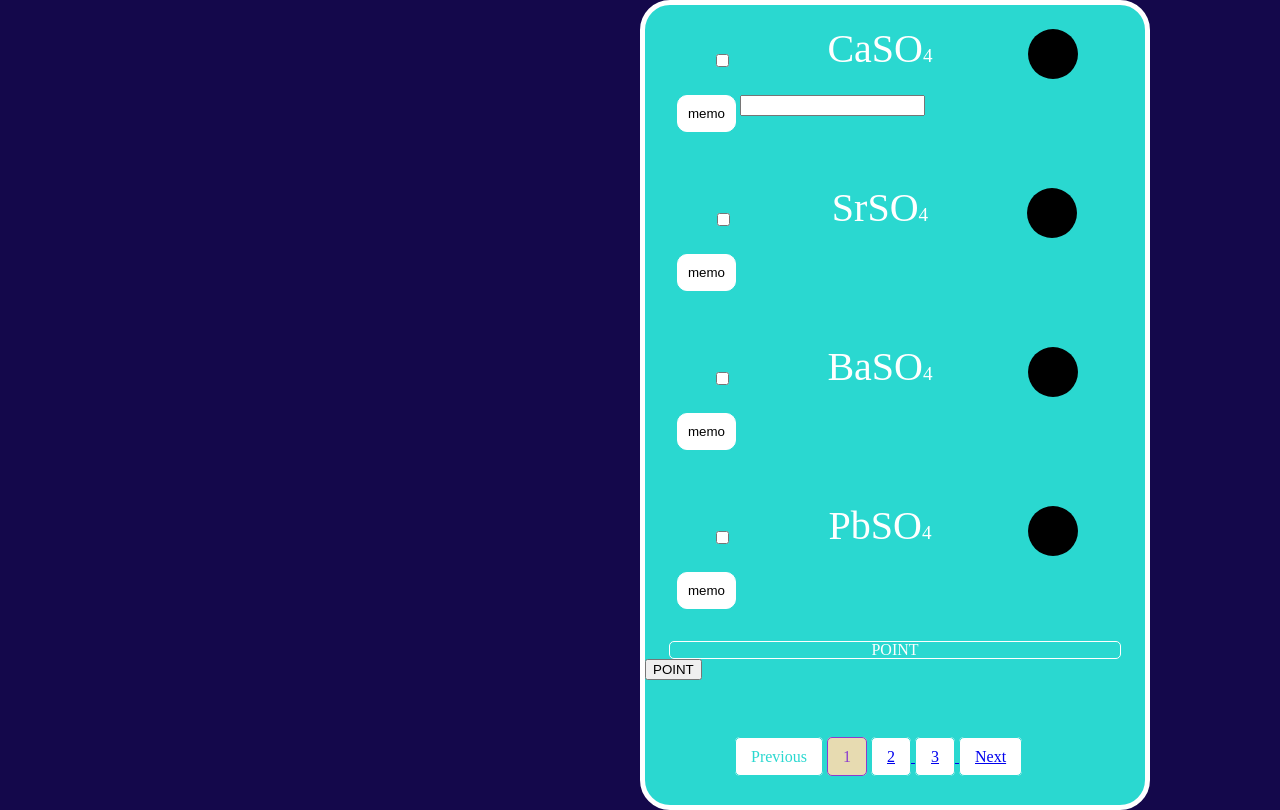
Repository: 1000sky/Inorganic_chemistry_application
Page: http://localhost/
An editor plug-in stored every save of this project. The page is shown before and after the next save, followed by the edit.
The browser window is 1280 px wide. The pictures show the whole page.
After loading, the first visible `input.button` was clicked once.
The page is served by the project's Laravel application, run on PHP 8.4 with Laravel 8.

Above is the page before, as saved 2022-07-16 18:55:59.

After the next save:
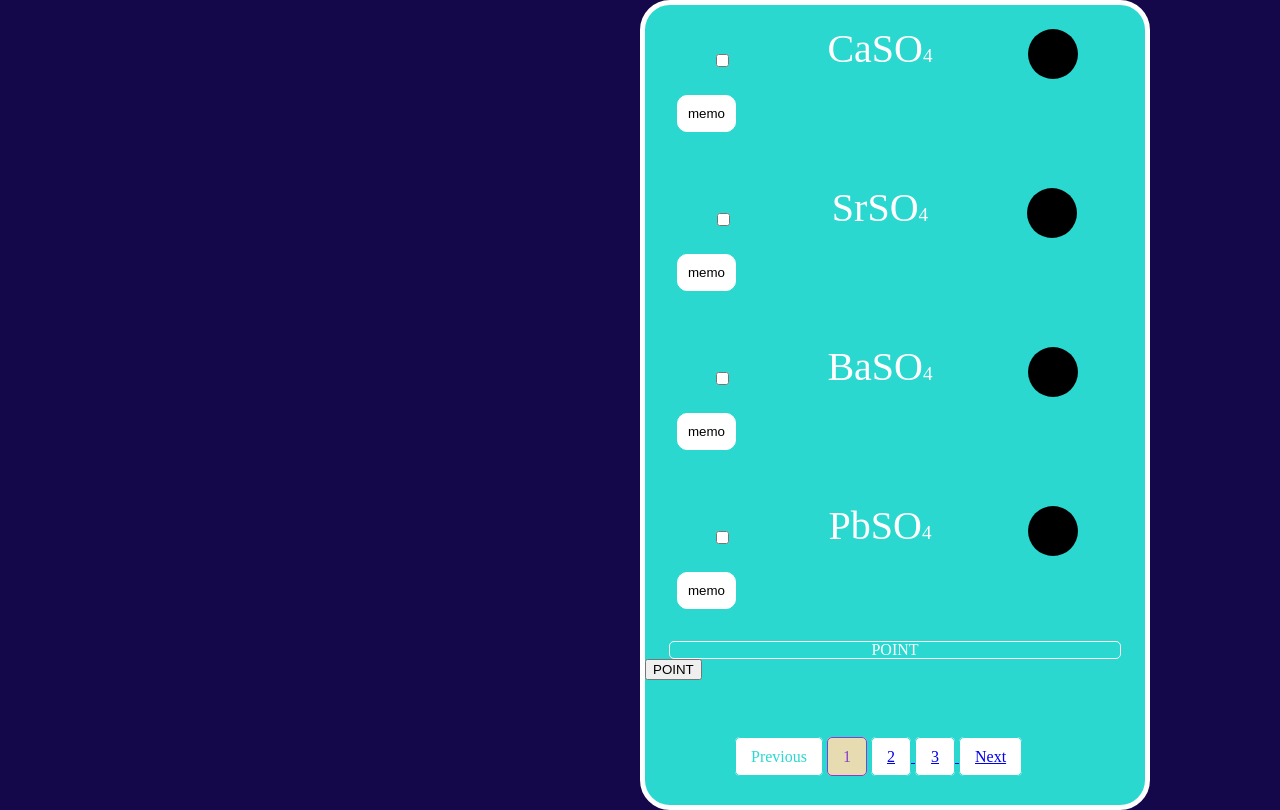
Console error (its wording comes from the project's code and is left out).
Saved 29 s later.
--- a/application/resources/views/index.blade.php
+++ b/application/resources/views/index.blade.php
@@ -125,7 +125,7 @@
       };
 
       document.getElementById("point").onclick = function() {
-        document.getElementById("point-text").innerHTML = "<ul> 硫酸の塩は本来,水に溶けやすいです。</ul><br> アルカリ土類金属イオンやPb<span class=ion>2+</span>があると沈殿します。";
+        document.getElementById("point-text").innerHTML = "<ul> 硫酸の塩は本来,水に溶けやすいです。<br> アルカリ土類金属イオンやPb<span class=ion>2+</span>があると沈殿します。"</ul>;
 
       };
 

After the save that followed:
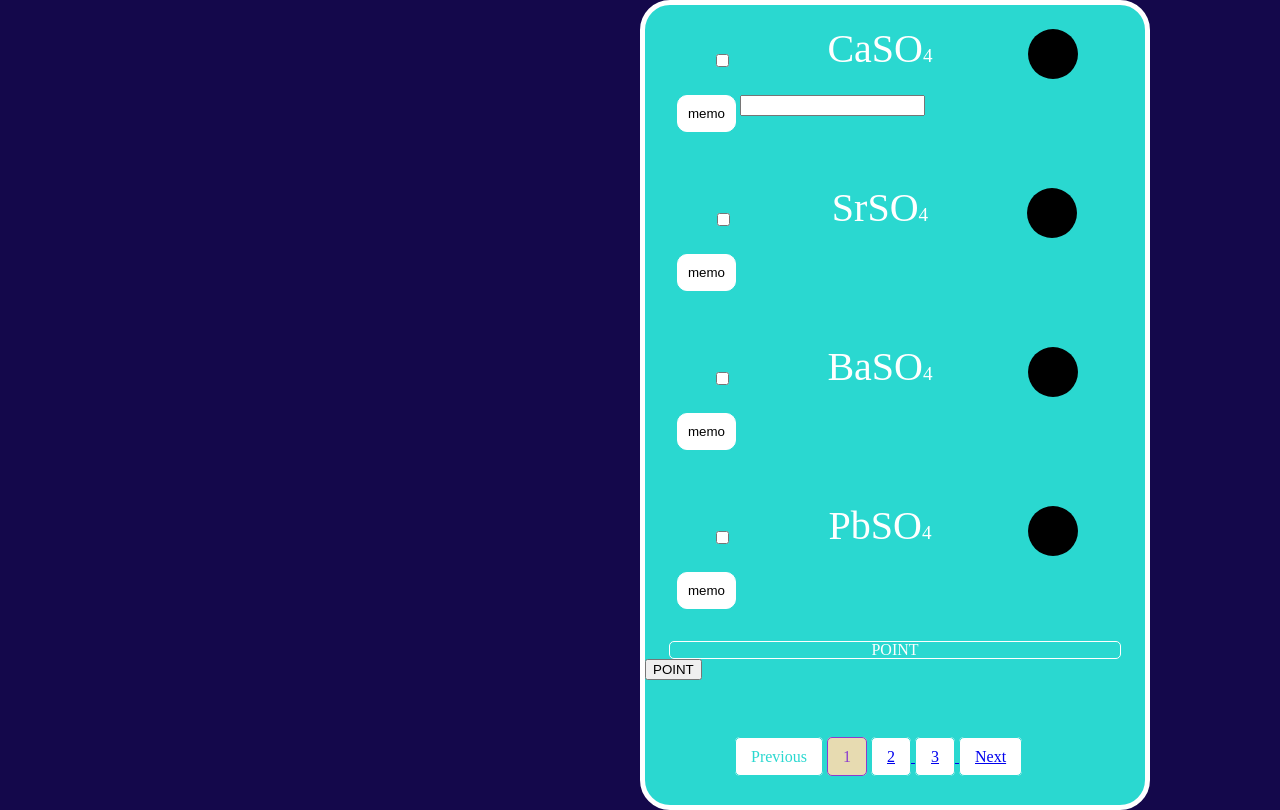
The error is gone.
Saved 37 s later.
--- a/application/resources/views/index.blade.php
+++ b/application/resources/views/index.blade.php
@@ -125,7 +125,7 @@
       };
 
       document.getElementById("point").onclick = function() {
-        document.getElementById("point-text").innerHTML = "<ul> 硫酸の塩は本来,水に溶けやすいです。<br> アルカリ土類金属イオンやPb<span class=ion>2+</span>があると沈殿します。"</ul>;
+        document.getElementById("point-text").innerHTML = "<ul> 硫酸の塩は本来,水に溶けやすいです。<br> アルカリ土類金属イオンやPb<span class=ion>2+</span>があると沈殿します。</ul>";
 
       };
 
